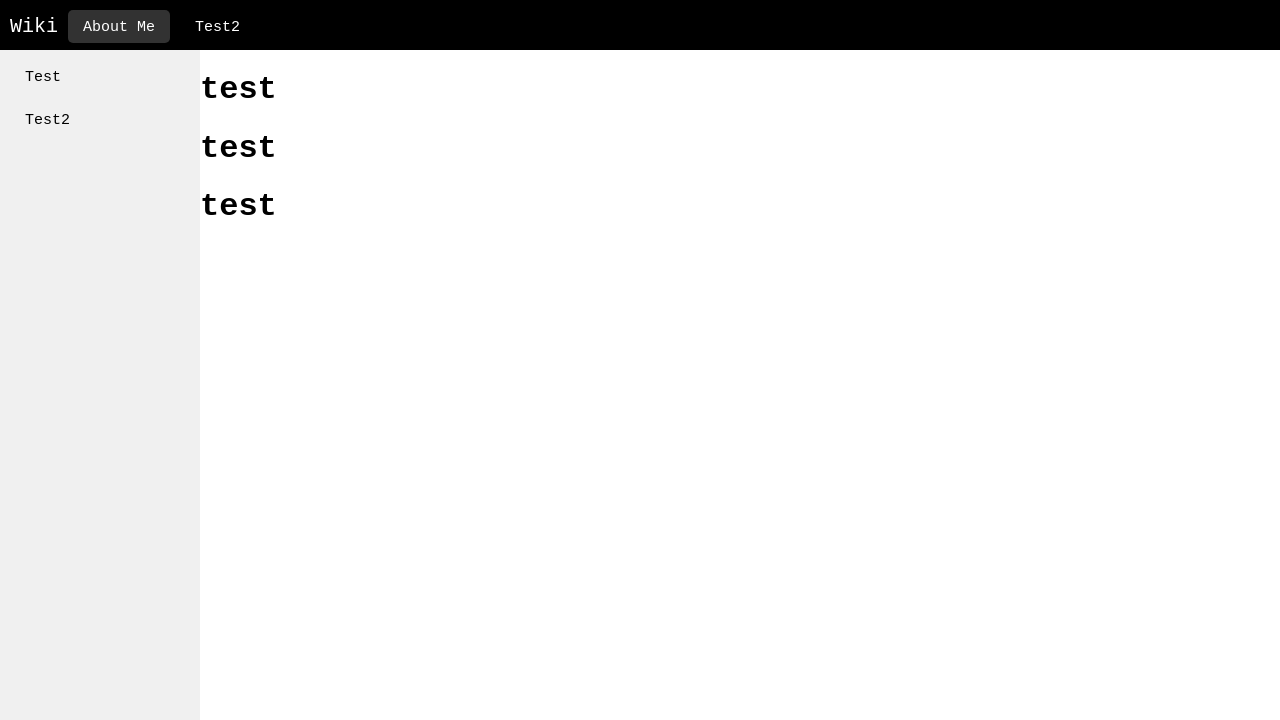
Repository: TimKral5/WikiPage
Page: index.html
These files come from the project's save history. The page is drawn as it stood at one moment and after the next save; the edit follows.
The browser window is 1280 px wide. The pictures show the whole page.
The pointer rests on the first visible `div.nav-top > a.item`.

Above is the page before, as saved 2022-11-10 18:38:36.

### index.html
<!DOCTYPE html>
<html lang="en">

<head>
    <meta charset="UTF-8">
    <meta http-equiv="X-UA-Compatible" content="IE=edge">
    <meta name="viewport" content="width=device-width, initial-scale=1.0">
    <title>Wiki</title>

    <link rel="stylesheet" href="style.css">
    <link rel="stylesheet" href="ScrollbarAndNosellect.css">
    <script src="tab-system.js" defer></script>
</head>

<body>
    <div class="nav-top">
        <div class="title">Wiki</div>
        <a class="item" href="http://tim.krals.ch">About Me</a>
        <a class="item" href="#main/test2">Test2</a>
    </div>

    <div class="nav-side">
        <a class="item" href="#main/test">Test</a>
        <a class="item" href="#main/test2">Test2</a>
    </div>

    <div id="content" name="main" class="tabgroup">
        <div name="test" class="tab">
            <h1>test</h1>
            <h1>test</h1>
            <h1>test</h1>
        </div>
        <div name="test2" class="tab">
            <h1>test2</h1>
            <h1>test2</h1>
            <h1>test2</h1>
            <h1>test2</h1>
        </div>
    </div>
</body>

</html>

### style.css
html, body {
    font-family: "Courier New";
}

body > div#content {
    position: absolute;
    top: 50px;
    left: 200px;
    right: 0px;
    bottom: 0px;
}

body > div.nav-side {
    position: absolute;
    top: 50px;
    left: 0px;
    bottom: 0px;
    width: 200px;
    background-color: rgb(240, 240, 240);
}

body > div.nav-top {
    position: absolute;
    top: 0px;
    left: 0px;
    right: 0px;
    height: 50px;
    display: flex;

    background-color: black;
}
div.nav-top > div.title {
    display: flex;
    color: white;
    align-content: center;
    width: max-content;
    padding-top: 15px;
    margin-left: 10px;
    font-size: 20px;
}
div.nav-top > a.item {
    display: flex;
    color: white;
    align-content: center;

    width: max-content;
    height: max-content;

    margin-top: 10px;
    margin-left: 10px;

    padding-top: 8.79px;
    padding-left: 15px;
    padding-right: 15px;
    padding-bottom: 7px;

    font-size: 15px;
    text-decoration: none;
    border-radius: 5px;
}

div.nav-side > a.item {
    display: flex;
    color: black;
    align-content: center;

    width: max-content;
    height: max-content;

    margin-top: 10px;
    margin-left: 10px;

    padding-top: 8.79px;
    padding-left: 15px;
    padding-right: 15px;
    padding-bottom: 7px;

    font-size: 15px;
    text-decoration: none;
    border-radius: 5px;
}

div.nav-top > a.item:hover {
    background-color: rgb(50, 50, 50);
}

### ScrollbarAndNosellect.css
::-webkit-scrollbar {
    width: 13px;
}

::-webkit-scrollbar-track {
    background: transparent;
}

::-webkit-scrollbar-thumb {
    background: rgb(30, 30, 30);
    border-radius: 5px;
}

::-webkit-full-screen {
    /*background-color: black;*/
}

html,
body {
    -webkit-user-select: none;
    -webkit-touch-callout: none;
    -moz-user-select: none;
    -ms-user-select: none;
    user-select: none;

}

### tab-system.js
(() => {
    const config = {
        defTab: "main/test",
    };

    var tabs = {};
    function tabHandler() {
        document.querySelectorAll("div.tabgroup").forEach((tabgroup) => {
            tabgroup.querySelectorAll("div.tab").forEach((tab) => {
                tabs[tabgroup.getAttribute("name") + "/" + tab.getAttribute("name")] =
                    tab;
                tab.setAttribute("hidden", "");
            });
        });

        var _tab = window.location.hash;
        if (_tab == "") _tab = config.defTab;
        var frag = _tab.split("/");
        frag[0] = frag[0].replace("#", "");
        var tab = document.querySelector(
            `div.tabgroup[name="${frag[0]}"]>div.tab[name="${frag[1]}"]`
        );
        console.log(tab);
        tab.removeAttribute("hidden");
    }

    tabHandler();
    console.log(tabs);
    window.addEventListener("hashchange", tabHandler);
})();

After the next save:
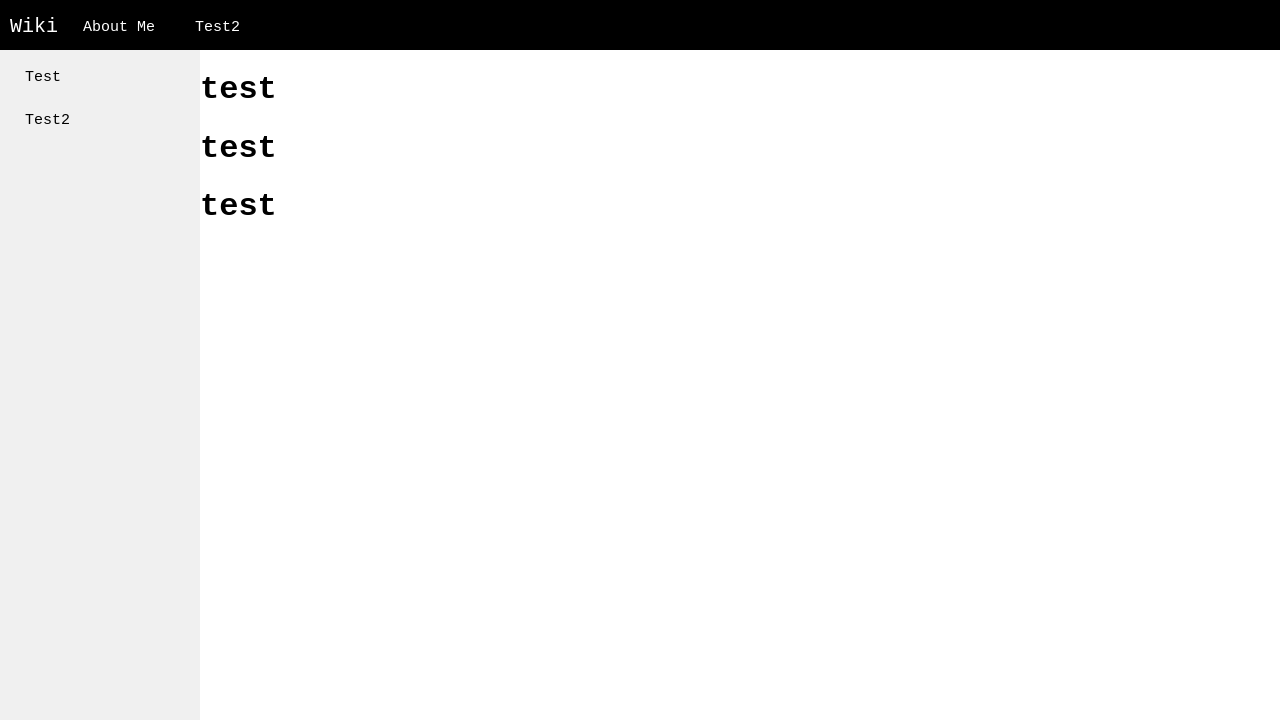
Saved 15 s later.
--- a/style.css
+++ b/style.css
@@ -80,6 +80,6 @@ div.nav-side > a.item {
     border-radius: 5px;
 }
 
-div.nav-top > a.item:hover {
+div.nav-side > a.item:hover {
     background-color: rgb(50, 50, 50);
 }
